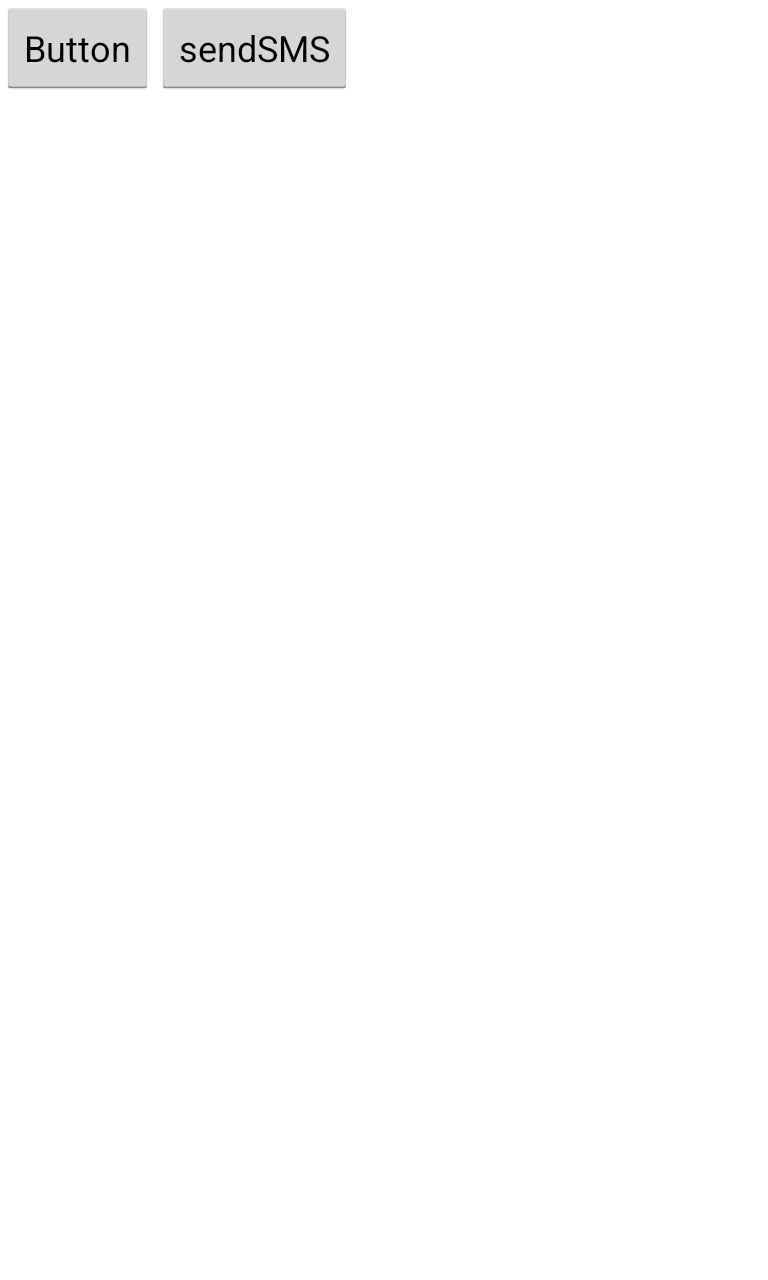
Repository: seth-skocelas/PHMS
Layout: PHMS/res/layout/activity_communication.xml
These files come from the project's save history. The layout is drawn as it stood at one moment and after the next save; the edit follows.
It is drawn on a 768 x 1280 px phone screen (xhdpi) without system bars, with theme AppTheme; the app's code is not run.

Above is the layout before, as saved 2014-04-22 08:20:41.

After the next save:
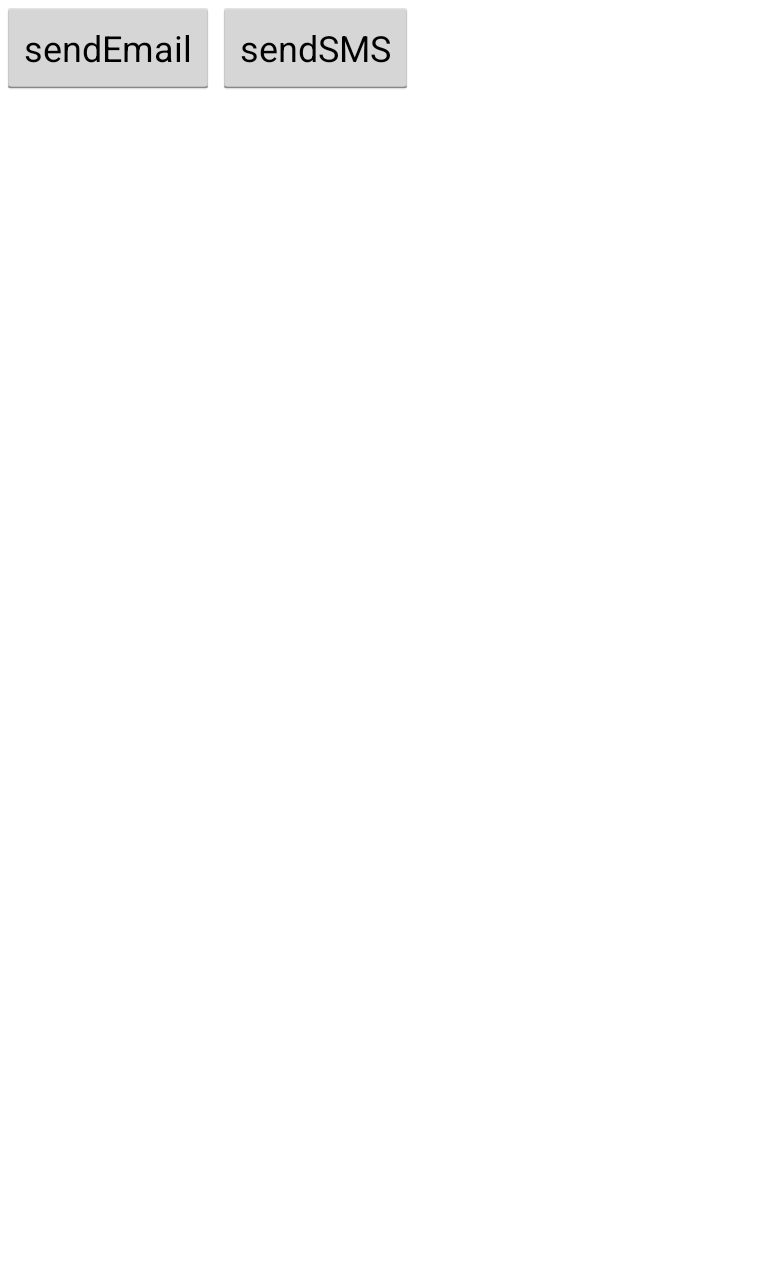
Saved 9 s later.
--- a/PHMS/res/layout/activity_communication.xml
+++ b/PHMS/res/layout/activity_communication.xml
@@ -7,10 +7,10 @@
     tools:ignore="MergeRootFrame" >
 
     <Button
-        android:id="@+id/button1"
+        android:id="@+id/emailbutton1"
         android:layout_width="wrap_content"
         android:layout_height="wrap_content"
-        android:text="Button" />
+        android:text="sendEmail" />
 
     <Button
         android:id="@+id/sms"
